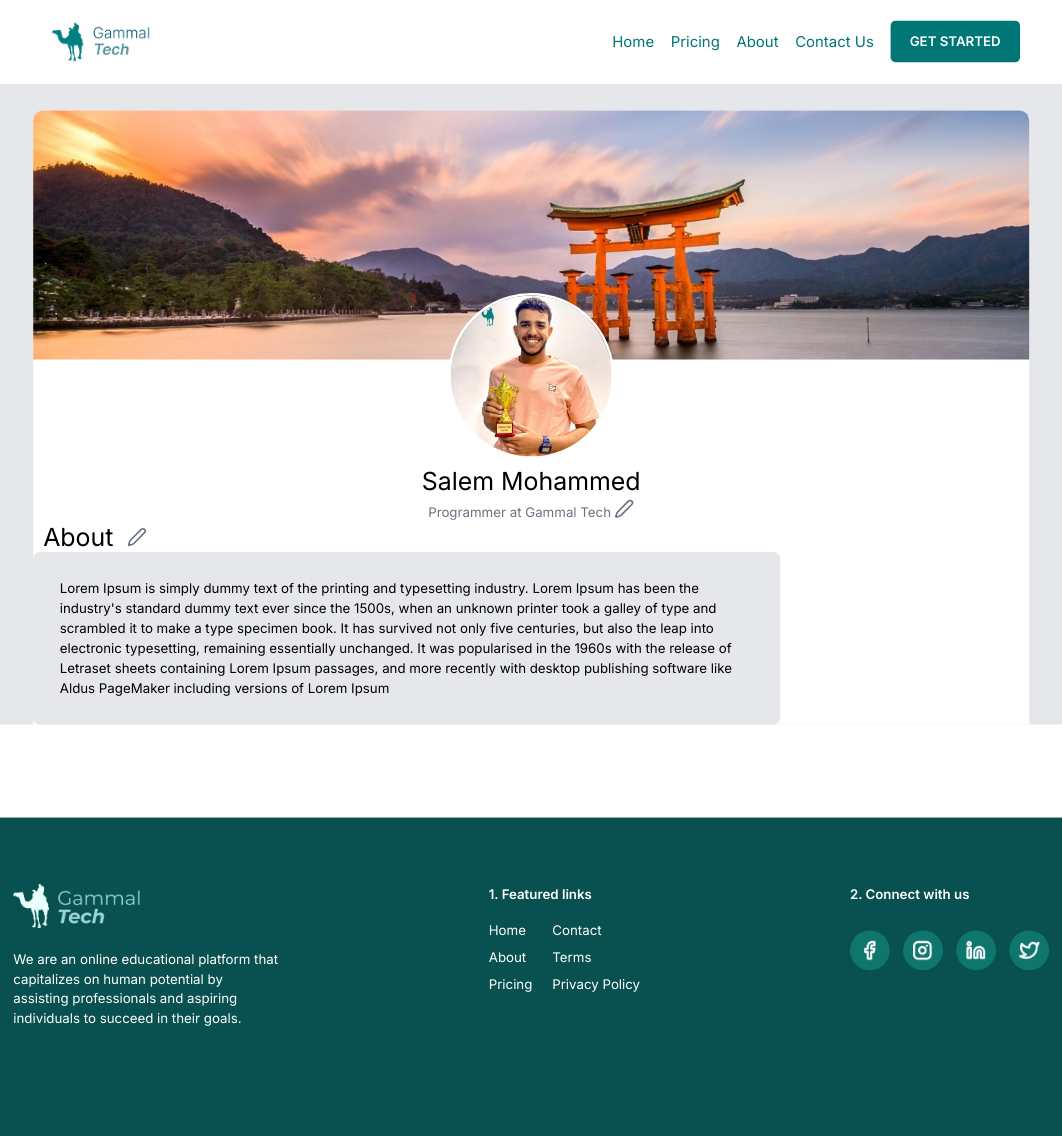
Repository: Ahmed77669/Internship-test
Page: /profile
The author's editor kept a copy of each file at every save. The page is drawn from the files as they stood at one save, then again after the next save.
The browser window is 1280 px wide. The pictures show the whole page, at 83% of full size.
The page's requests for data from a server got no answer. The project was rebuilt for these pictures with package versions that can differ from the ones it lists, and the page was loaded fresh each time. The framework's server and built-in components were replaced by stand-ins that run in the browser. No one was signed in, and anything a server would have sent is missing. Also part of the build but not shown: next.config.mjs, components/Header/NavBarAuth.tsx.

Above is the page before, as saved 2024-10-25 14:03:51.

### app/layout.tsx
import type { Metadata } from "next";
import localFont from "next/font/local";
import "@/app/styles/globals.css";
import NavBarHome from "@/components/Header/Navbar";
import NavBarAuth from "@/components/Header/NavBarAuth";
import { Inter } from "next/font/google";
import Footer from "@/components/Footer/Footer";
import { cookies } from "next/headers";

const inter = Inter({
  subsets: ["latin"],
});
const geistSans = localFont({
  src: "./fonts/GeistVF.woff",
  variable: "--font-geist-sans",
  weight: "100 900",
});
const geistMono = localFont({
  src: "./fonts/GeistMonoVF.woff",
  variable: "--font-geist-mono",
  weight: "100 900",
});

export const metadata: Metadata = {
  title: "Gammal Tech Exam",
  description: "Generated by create next app",
};

export default function RootLayout({
  children,
}: Readonly<{
  children: React.ReactNode;
}>) {
  const cookieStore = cookies();
  const isAuthenticated = cookieStore.get("isAuthenticated")?.value === "true";
  return (
    <html lang="en">
      <body
        className={`${geistSans.variable} ${geistMono.variable} antialiased ${inter.className}`}
      >
        {isAuthenticated ? <NavBarAuth /> : <NavBarHome />}
        {children}
        <Footer />
      </body>
    </html>
  );
}

### app/profile/page.tsx
import React from 'react'
import Profile from '@/components/Profile/Profile'
const profile = () => {
  return (
    <Profile />
  )
}

export default profile

### app/styles/globals.css
@tailwind base;
@tailwind components;
@tailwind utilities;

:root {
  --background: #ffffff;
  /* --foreground: #171717; */
}

@media (prefers-color-scheme: dark) {
  :root {
    /* --background: #0a0a0a; */
    --foreground: #ededed;
  }
}

body {
  color: var(--foreground);
  background: var(--background);
  font-family: Arial, Helvetica, sans-serif;
}

@layer utilities {
  .text-balance {
    text-wrap: balance;
  }
}

### components/Header/Navbar.tsx
"use client";
import React, { useEffect, useState } from "react";
import GT_logo from "@/public/gammalTech-logos/Component 6.png";
import Link from "next/link";
import Image from "next/image";
import { Menu } from "lucide-react";
import { X } from "lucide-react";

export default function NavBarHome() {
  const [isOpen, setIsOpen] = useState(false);

  const toggleMenu = () => {
    setIsOpen((prev) => !prev);
  };

  useEffect(() => {
    const handleResize = () => {
      if (window.innerWidth > 1024) {
        setIsOpen(false);
      }
    };

    window.addEventListener("resize", handleResize);
    return () => {
      window.removeEventListener("resize", handleResize);
    };
  }, []);

  return (
    <div className={`py-5 container mx-auto w-[92%]`}>
      <nav className="relative">
        <ul className="flex justify-between items-center">
          <li className="min-w-[152px]">
            <Link href="/">
              <Image
                src={GT_logo}
                alt="Gammal Tech Logo"
                width={130}
                className="cursor-pointer"
              />
            </Link>
          </li>
          <div className="hidden md:flex space-x-5">
            <Link
              href="/"
              className="text-[#007676] text-[18px] font-normal flex items-center"
            >
              Home
            </Link>
            <Link
              href="/pricing"
              className="text-[#007676] text-[18px] font-normal flex items-center"
            >
              Pricing
            </Link>
            <Link
              href="https://www.gammal.tech/"
              className="text-[#007676] text-[18px] font-normal flex items-center"
            >
              About
            </Link>
            <Link
              href="#"
              className="text-[#007676] text-[18px] font-normal flex items-center"
            >
              Contact Us
            </Link>
            <Link href="/signup">
              <button className="bg-[#007676] text-white rounded-md w-[156px] h-[50px] text-[16px] font-semibold  py-1 px-3 transition-all duration-300 ease-in-out hover:bg-[#005555] hover:shadow-lg">
                GET STARTED
              </button>
            </Link>
          </div>
          <div className="md:hidden flex items-center">
            <button
              onClick={toggleMenu}
              className="text-[#007676] focus:outline-none"
            >
              {isOpen ? (
                <X size={40} color="#007676" strokeWidth={2} />
              ) : (
                <Menu size={40} color="#007676" strokeWidth={2} />
              )}
            </button>
          </div>
        </ul>

        {isOpen && (
          <div className="absolute right-0 mt-2 w-full bg-white shadow-lg rounded-lg z-20 transition-transform transform origin-top-right scale-100">
            <div className="flex flex-col items-center justify-center mx-auto p-4">
              <Link
                href="/"
                className="text-[#007676] text-lg font-semibold hover:bg-[#f0f0f0] transition duration-200 p-3 rounded-lg text-center w-full"
                onClick={() => setIsOpen(false)}
              >
                Home
              </Link>
              <Link
                href="/pricing"
                className="text-[#007676] text-lg font-semibold hover:bg-[#f0f0f0] transition duration-200 p-3 rounded-lg text-center w-full"
                onClick={() => setIsOpen(false)}
              >
                Pricing
              </Link>
              <Link
                href="/about"
                className="text-[#007676] text-lg font-semibold hover:bg-[#f0f0f0] transition duration-200 p-3 rounded-lg text-center w-full"
                onClick={() => setIsOpen(false)}
              >
                About Us
              </Link>

              <button
                className="mt-4 bg-[#007676] text-white text-lg font-semibold py-2 px-6 rounded-lg hover:bg-[#005c5c] transition duration-200"
                onClick={() => setIsOpen(false)}
              >
                GET STARTED
              </button>
            </div>
          </div>
        )}
      </nav>
    </div>
  );
}

### components/Footer/Footer.tsx
import React from "react";
import Image from "next/image";
import footerLogo from "@/public/gammalTech-logos/footer-logo.png";
import Link from "next/link";
import linkdin from "@/public/socialmediaIcons/linkdin.png";
import facebook from "@/public/socialmediaIcons/Facebook.png";
import instagram from "@/public/socialmediaIcons/Instagram.png";
import twitter from "@/public/socialmediaIcons/Twitter.png";

const Footer = () => {
  return (
    <section className="bg-[#095051] py-20 min-h-96 h-auto">
      <div className="container mx-auto px-4 ">
        <div className="flex justify-between flex-wrap ">
          <div className="mb-10">
            <div className="mb-6">
              <Image src={footerLogo} alt="Gammal Tech Logo" width={152} />
            </div>
            <div className="text-white w-80">
              We are an online educational platform that capitalizes on human
              potential by assisting professionals and aspiring individuals to
              succeed in their goals.
            </div>
          </div>

          <div className="text-white flex flex-col mb-10">
  <p className="font-semibold mb-5">1. Featured links</p>
  <div className="flex justify-between">
    {/* First column of links */}
    <div className="flex flex-col space-y-2 mr-6">
      <Link href="/">Home</Link>
      <Link href="https://www.gammal.tech/">About</Link>
      <Link href="/pricing">Pricing</Link>
    </div>

    {/* Second column of links */}
    <div className="flex flex-col space-y-2">
      <Link href="#">Contact</Link>
      <Link href="#">Terms</Link>
      <Link href="#">Privacy Policy</Link>
    </div>
  </div>
</div>


          <div>
            <p className="text-white font-semibold mb-8">2. Connect with us</p>
            <div className="flex space-x-4">
              <Link
                href="https://www.facebook.com/gammal.tech/?locale=ar_AR"
                passHref
                target="_blank"
              >
                <div className="w-12 h-12 bg-teal-700 rounded-full flex items-center justify-center cursor-pointer">
                  <Image src={facebook} alt="Facebook Logo" />
                </div>
              </Link>
              <Link
                href="https://www.instagram.com/gammal.tech/?hl=ar"
                passHref
                target="_blank"
              >
                <div className="w-12 h-12 bg-teal-700 rounded-full flex items-center justify-center cursor-pointer">
                  <Image src={instagram} alt="Instagram Logo" />
                </div>
              </Link>
              <Link
                href="https://www.linkedin.com/company/gammal-tech/"
                passHref
                target="_blank"
              >
                <div className="w-12 h-12 bg-teal-700 rounded-full flex items-center justify-center cursor-pointer">
                  <Image src={linkdin} alt="LinkedIn Logo" />
                </div>
              </Link>
              <Link
                href="https://x.com/gammaltech?lang=ar"
                passHref
                target="_blank"
              >
                <div className="w-12 h-12 bg-teal-700 rounded-full flex items-center justify-center cursor-pointer">
                  <Image src={twitter} alt="Twitter Logo" />
                </div>
              </Link>
            </div>
          </div>
        </div>
      </div>
    </section>
  );
};

export default Footer;

### components/Profile/Profile.tsx
import React from "react";
import Image from "next/image";
import selectedImage from "@/public/coders photos/coder2.jpg";
import popoo from "@/public/popoo.jpg"
import { Pen } from "lucide-react";

const Profile = () => {
  return (
    <section className="bg-gray-200 mb-28 ">
      <div className="flex justify-center container mx-auto">
        <div className="w-[1200px]  bg-white rounded-t-xl mt-8">
        <div className="w-full h-[300px] mb-5 rounded-t-xl" style={{
  backgroundImage: "url('/popoo.jpg')",
  backgroundSize: "cover",
  backgroundPosition: "center",
  backgroundRepeat: "no-repeat",
}}></div>

<div className="flex flex-col items-center -mt-[100px]">
  <Image
    src={selectedImage}
    alt="Profile Avatar"
    width={200}
    height={200}
    style={{
      width: "200px",
      height: "200px",
      borderRadius: "300px",
      objectFit: "cover",
      border: "3px white solid"
    }}
  />
  <p className="text-black text-3xl mt-2">Salem Mohammed</p>
  <div className="flex">
  <p className="text-gray-500 text-[16px] mt-2 mr-1">Programmer at Gammal Tech</p>
    <Pen className="text-lg mt-1 text-gray-500" />
  </div>
</div>
<div className="flex">
<div className="text-black text-3xl ml-3 mr-4">
  About
</div>
<Pen className="text-lg mt-[6px]  text-gray-500 " />
</div>
<div className="bg-gray-200 p-8 rounded-lg w-3/4">
  <p className="text-black">
Lorem Ipsum is simply dummy text of the printing and typesetting industry. Lorem Ipsum has been the industry's standard dummy text ever since the 1500s, when an unknown printer took a galley of type and scrambled it to make a type specimen book. It has survived not only five centuries, but also the leap into electronic typesetting, remaining essentially unchanged. It was popularised in the 1960s with the release of Letraset sheets containing Lorem Ipsum passages, and more recently with desktop publishing software like Aldus PageMaker including versions of Lorem Ipsum
</p>
</div>

        </div>
      </div>
    </section>
  );
};

export default Profile;

### tailwind.config.js
/** @type {import('tailwindcss').Config} */
module.exports = {
  content: [
    './components/**/*.{js,ts,jsx,tsx}',
    './app/**/*.{js,ts,jsx,tsx}',
    './middleware.ts'
  ],
  theme: {
    extend: {},
  },
  plugins: [],
}

After the next save:
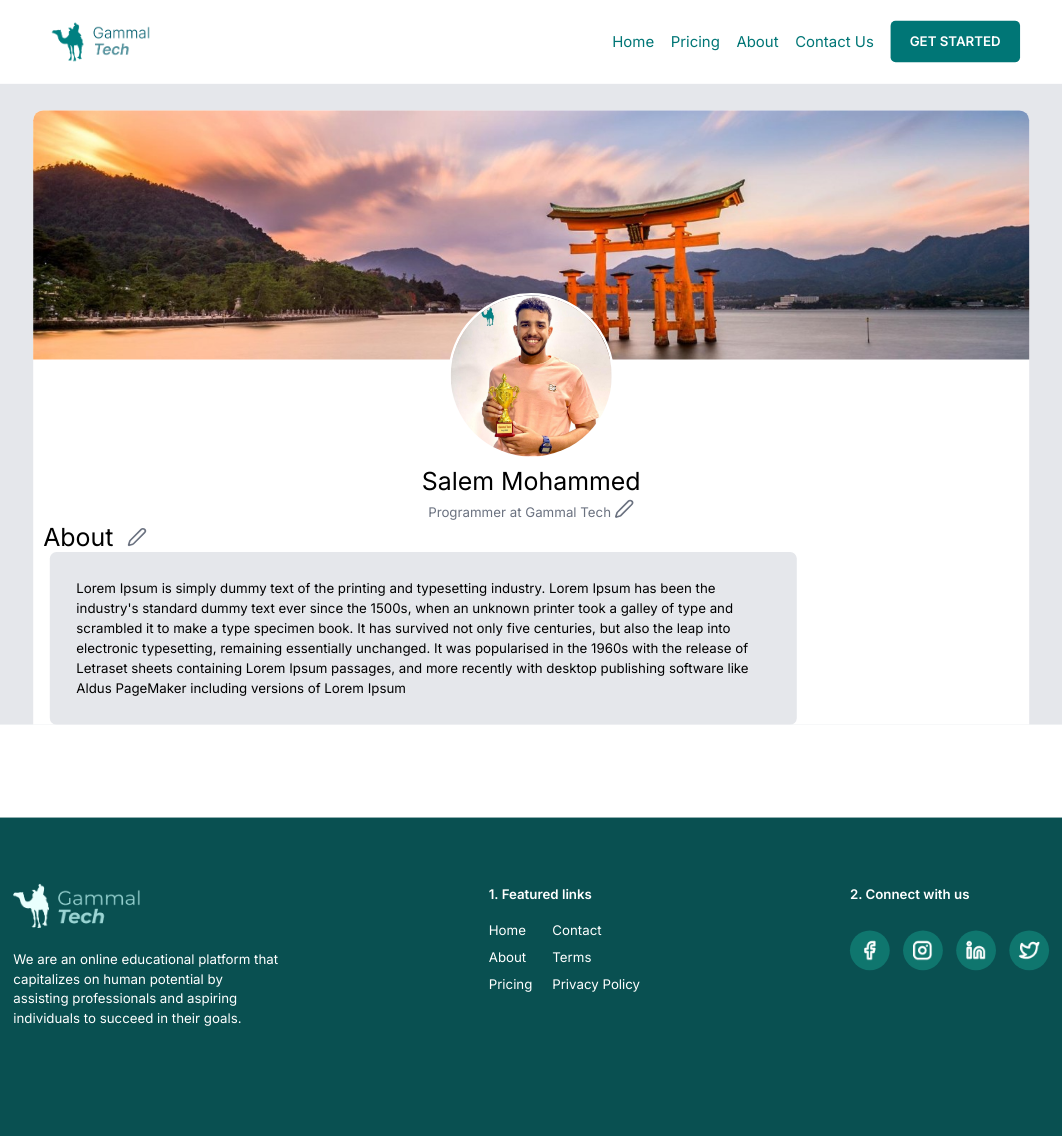
Saved 27 s later.
--- a/components/Profile/Profile.tsx
+++ b/components/Profile/Profile.tsx
@@ -42,7 +42,7 @@ const Profile = () => {
 </div>
 <Pen className="text-lg mt-[6px]  text-gray-500 " />
 </div>
-<div className="bg-gray-200 p-8 rounded-lg w-3/4">
+<div className="bg-gray-200 p-8 rounded-lg w-3/4 ml-5">
   <p className="text-black">
 Lorem Ipsum is simply dummy text of the printing and typesetting industry. Lorem Ipsum has been the industry's standard dummy text ever since the 1500s, when an unknown printer took a galley of type and scrambled it to make a type specimen book. It has survived not only five centuries, but also the leap into electronic typesetting, remaining essentially unchanged. It was popularised in the 1960s with the release of Letraset sheets containing Lorem Ipsum passages, and more recently with desktop publishing software like Aldus PageMaker including versions of Lorem Ipsum
 </p>
